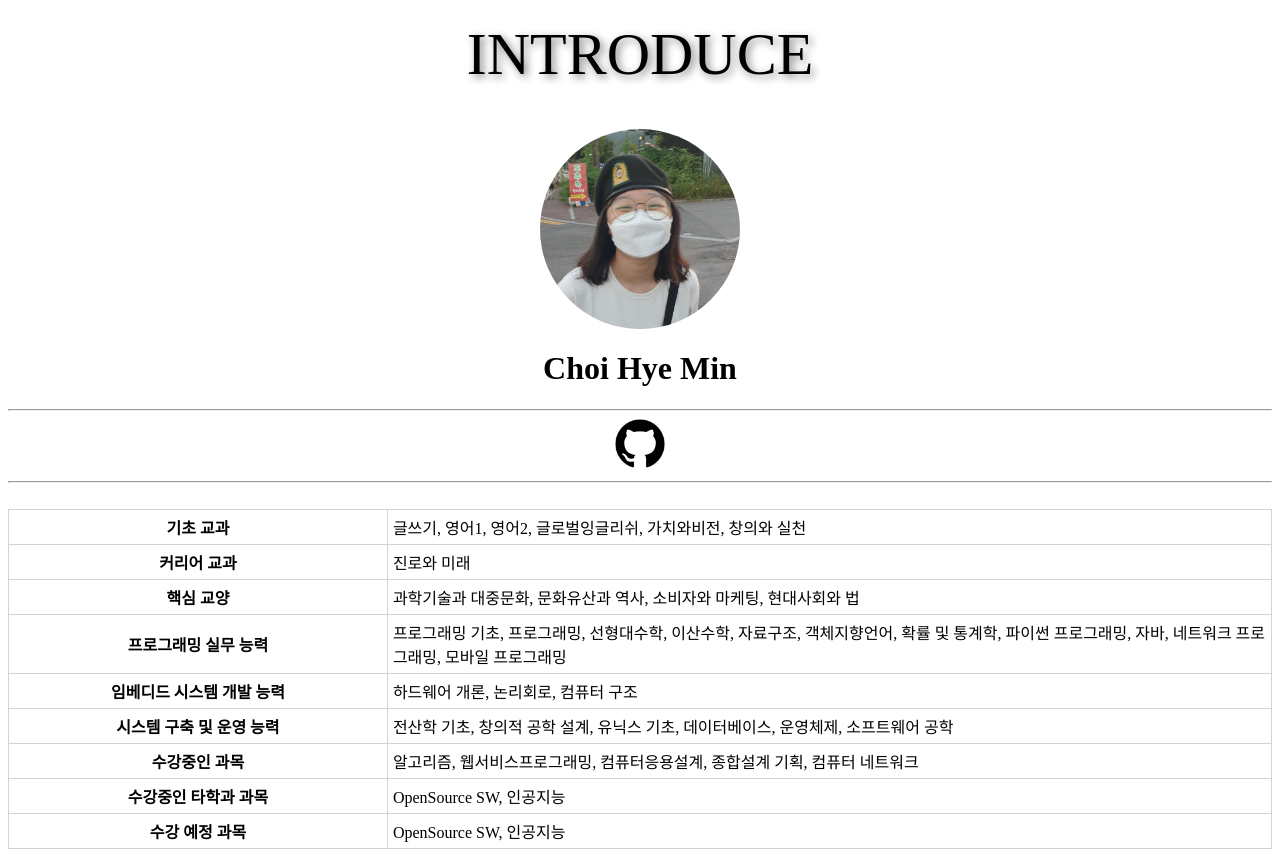
Repository: papav-hub/Web_Study
Page: ChoiHyeMin_reg/src/main/webapp/introduce.html
The author's editor kept a copy of each file at every save. The page is drawn from the files as they stood at one save, then again after the next save.
The browser window is 1280 px wide. The pictures show the whole page.

Above is the page before, as saved 2021-10-03 19:23:38.

After the next save:
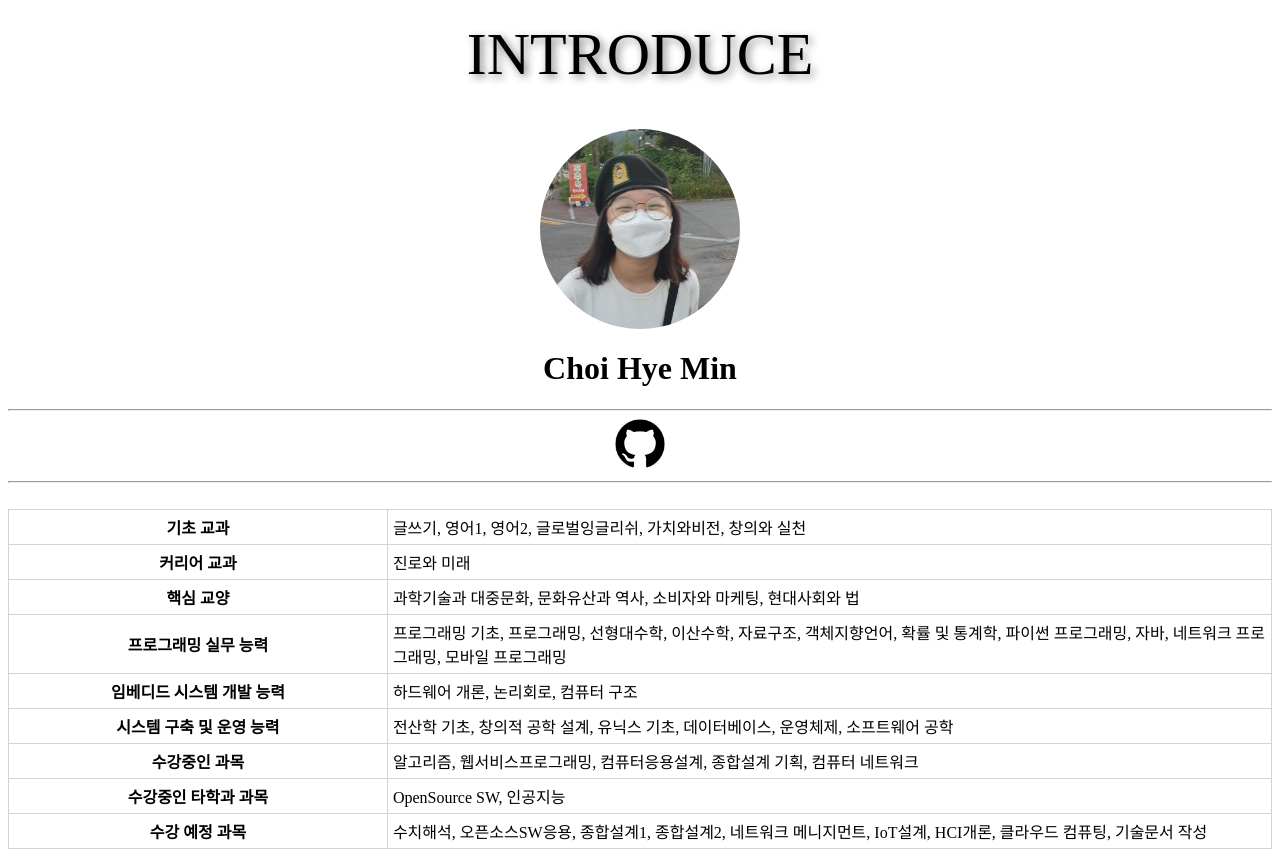
Saved 65 s later.
--- a/ChoiHyeMin_reg/src/main/webapp/introduce.html
+++ b/ChoiHyeMin_reg/src/main/webapp/introduce.html
@@ -76,7 +76,7 @@
 		</tr>
 		<tr>
 			<th>수강 예정 과목</th>
-			<td>OpenSource SW, 인공지능</td>
+			<td>수치해석, 오픈소스SW응용, 종합설계1, 종합설계2, 네트워크 메니지먼트, IoT설계, HCI개론, 클라우드 컴퓨팅, 기술문서 작성</td>
 		</tr>
 	</table>
 
